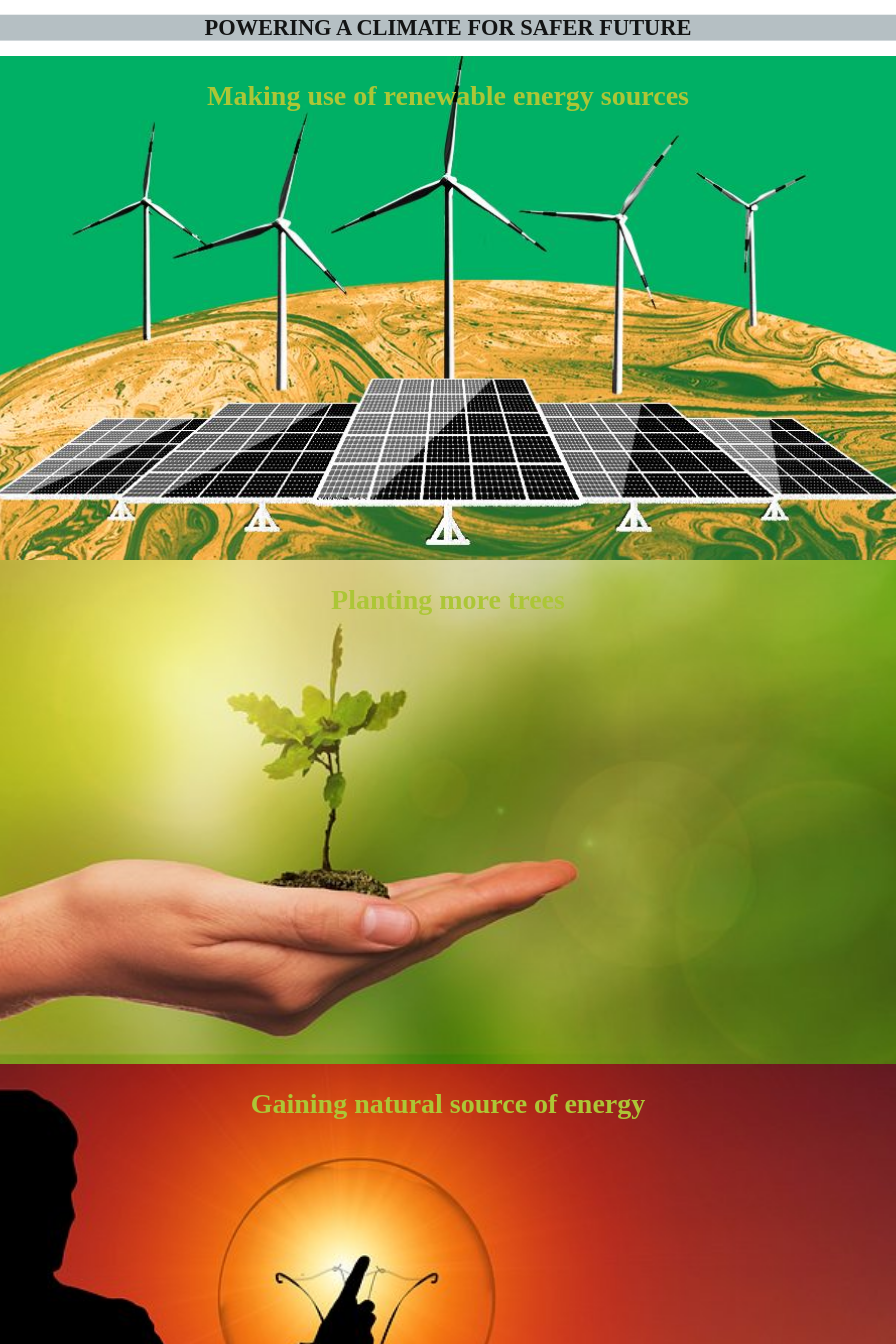
Repository: NavinDayanithi/static-web-design-competition
Page: index.html
The author's editor kept a copy of each file at every save. The page is drawn from the files as they stood at one save, then again after the next save.
The browser window is 1280 px wide. The pictures show the part of the page from y = 0 to 1920 px (the page is 4420 px tall), at 70% of full size.
Backgrounds fixed to the window are drawn as part of the page.

Above is the page before, as saved 2023-04-28 20:41:49.

### index.html
<!DOCTYPE html>
<html lang="en">
<head>
  <title>POWERING CLIMATE </title>
  <link rel="stylesheet" href="styles.css">
</head>
<body>
    <h1 >POWERING A CLIMATE FOR SAFER FUTURE</h1>
    <div class="box1">
        <h2>Making use of renewable energy sources</h2>
    </div>
    <div class="box2">
        <h2>Planting more trees</h2>
    </div>
    <div class="box3">
        <h2>Gaining natural source of energy</h2>
    </div>
    <div class="box4">
        <h2>Everyone is responsible</h2>
    </div>
    <div class="box5">
        <h2>Using Eco-friendly products</h2>
    </div>
    <div class="box6">
        <h2></h2>
    </div>
</body>
</html>

### styles.css

h1
{
    text-align:center;
    color:rgb(19, 20, 20);
    background-color: rgb(181, 191, 195);

}
h2{
    text-align: center;
    color: rgb(172, 198, 54);
    font-size:40px;
}

 body{
    margin: 0;
    padding: 0;
    /* background-color: blue; */
}
head{
    text-align: center;
}

.box1{
    height: 100vh;
    width:100%;
    background-image: url(img1.jpg);
    background-size: cover;
    background-position: center;
    display: table;
    background-attachment: fixed;
}

.box2{
    height: 100vh;
    width:100%;
    background-image: url(img2.jpg);
    background-size: cover;
    background-position: center;
    display: table;
    background-attachment: fixed;
}

.box3{
    height: 100vh;
    width:100%;
    background-image: url(img3.jpg);
    background-size:cover;
    display: table;
    background-attachment: fixed;

}


.box4{
    height: 100vh;
    width:100%;
    background-image: url(img4.jpg);
    background-size: cover;
    background-position: center;
    display: table;
    background-attachment: fixed;
}

.box5{
    height: 100vh;
    width:100%;
    background-image: url(img5.jpg);
    background-size: cover;
    /* background-position: center; */
    display: table;
    background-attachment: fixed;
}

.box6{
    height: 100vh;
    margin-top: 20px;
    width:100%;
    background-image: url(img6.jpg);
    background-size: cover;
   background-position: center;
    display: table;
    background-attachment: fixed;
}

After the next save:
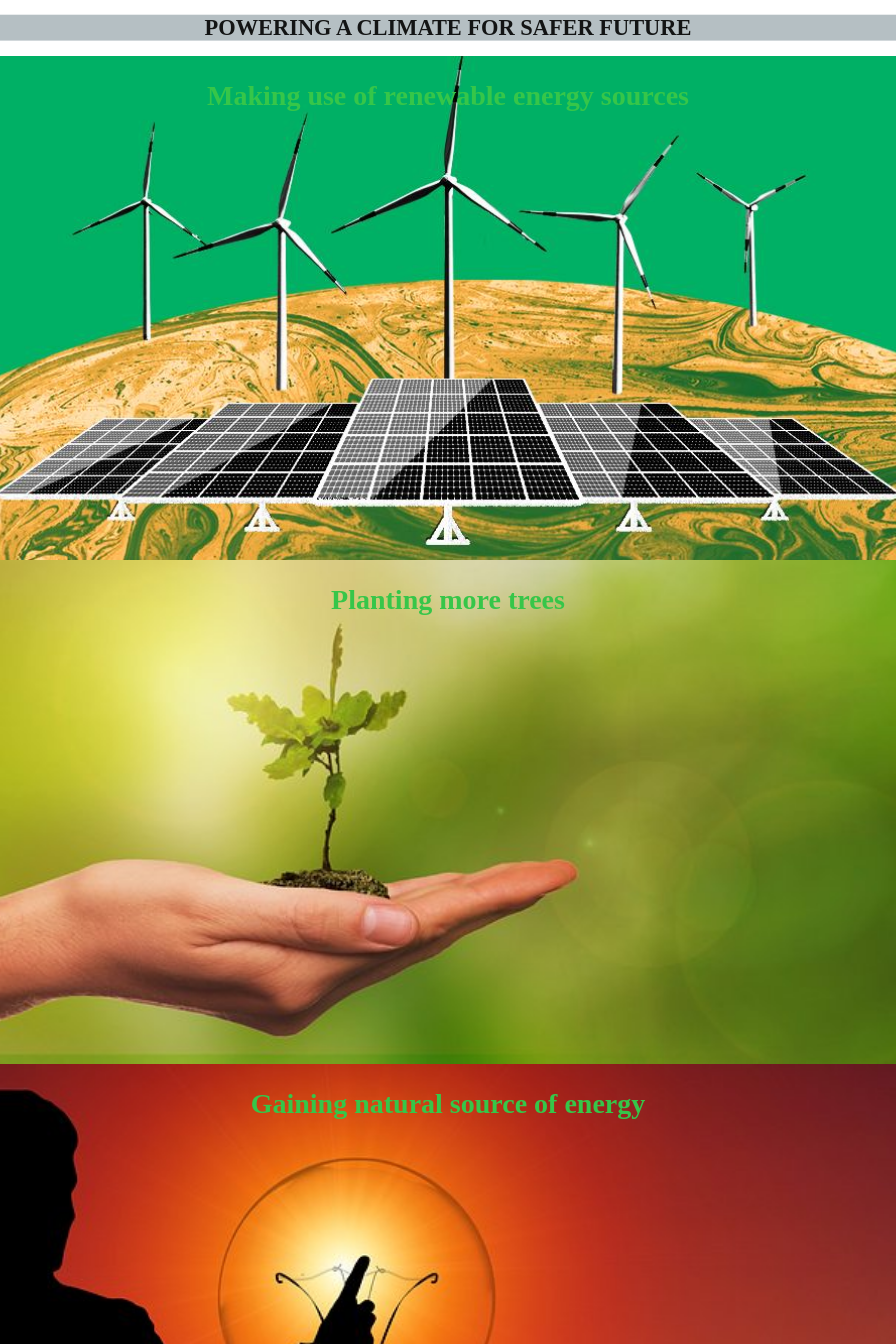
Saved 5 s later.
--- a/styles.css
+++ b/styles.css
@@ -8,7 +8,7 @@ h1
 }
 h2{
     text-align: center;
-    color: rgb(172, 198, 54);
+    color: rgb(54, 198, 73);
     font-size:40px;
 }
 
